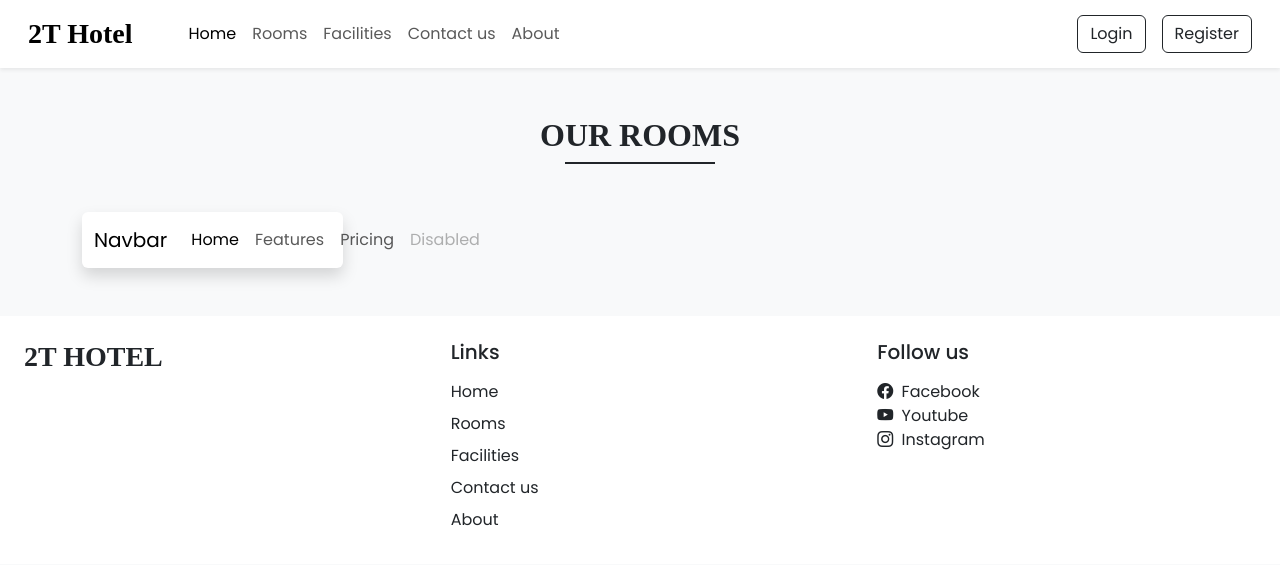
Repository: TaTongThanh2003/DoAnCoSo2024_BookingHotelWebsite
Page: http://localhost/WebsiteBookingHotel/rooms.php
These files come from the project's save history. The page is drawn as it stood at one moment and after the next save; the edit follows.
The browser window is 1280 px wide. The pictures show the whole page.
Some web fonts or font styles are not loaded; a fallback is used. The page is run by PHP 8.4 with error messages shown; the project is at /var/www/html/.

Above is the page before, as saved 2024-03-22 15:41:11.

### WebsiteBookingHotel/rooms.php
<!DOCTYPE html>
<html lang="en">

<head>
    <meta charset="UTF-8">
    <meta http-equiv="X-UA-Compatible" content="IE-edge">
    <meta name="viewport" content="width=device-width, initial-scale=1.0">
    <title>2T Hotel - ROOMS</title>
    <?php require('inc/links.php'); ?>
    <style>
    .pop:hover {
        border-top-color: var(--teal) !important;
        transform: scale(1.03);
        transition: all 0.3s;
    }
    </style>
    <link rel="stylesheet" href="https://cdn.jsdelivr.net/npm/swiper@11/swiper-bundle.min.css" />
    <style>
    @media screen and (max-width: 575px) {
        .availability-form {
            margin: 25px;
            padding: 0 35px;
        }
    }
    </style>
</head>

<body class="bg-light">
    <?php require('inc/header.php'); ?>

    <div class="my-5 px-4">
        <h2 class="fw-bold h-font text-center">OUR ROOMS</h2>
        <div class="h-line bg-dark"></div>
    </div>
    <div class="container">
        <div class="row">
            <div class="col-lg-3">
                <nav class="navbar navbar-expand-lg navbar-light bg-white rounded shadow ">
                    <div class="container-fluid">
                        <a class="navbar-brand" href="#">Navbar</a>
                        <button class="navbar-toggler" type="button" data-bs-toggle="collapse"
                            data-bs-target="#navbarNav" aria-controls="navbarNav" aria-expanded="false"
                            aria-label="Toggle navigation">
                            <span class="navbar-toggler-icon"></span>
                        </button>
                        <div class="collapse navbar-collapse" id="navbarNav">
                            <ul class="navbar-nav">
                                <li class="nav-item">
                                    <a class="nav-link active" aria-current="page" href="#">Home</a>
                                </li>
                                <li class="nav-item">
                                    <a class="nav-link" href="#">Features</a>
                                </li>
                                <li class="nav-item">
                                    <a class="nav-link" href="#">Pricing</a>
                                </li>
                                <li class="nav-item">
                                    <a class="nav-link disabled" aria-disabled="true">Disabled</a>
                                </li>
                            </ul>
                        </div>
                    </div>
                </nav>
            </div>
        </div>
    </div>

    <!-- footer -->
    <?php require('inc/footer.php'); ?>




    <!-- <script src="https://cdn.jsdelivr.net/npm/swiper@11/swiper-bundle.min.js"></script>
    <script src="https://cdn.jsdelivr.net/npm/bootstrap@5.3.3/dist/js/bootstrap.bundle.min.js"
        integrity="sha384-YvpcrYf0tY3lHB60NNkmXc5s9fDVZLESaAA55NDzOxhy9GkcIdslK1eN7N6jIeHz" crossorigin="anonymous">
    </script> -->
    <!-- <script>
    var swiper = new Swiper(".swiper-container", {
        spaceBetween: 30,
        effect: "fade",
        loop: true,
        autoplay: {
            delay: 3500,
            disableOnInteraction: false,
        }
    });
    var swiper = new Swiper(".swiper-testimonials", {
        effect: "coverflow",
        grabCursor: true,
        centeredSlides: true,
        slidesPerView: "auto",
        slidesPerView: "3",
        loop: true,
        coverflowEffect: {
            rotate: 50,
            stretch: 0,
            depth: 100,
            modifier: 1,
            slideShadows: false,
        },
        pagination: {
            el: ".swiper-pagination",
        },
        breakpoints: {
            320: {
                slidesPerView: 1,
            },
            640: {
                slidesPerView: 1,
            },
            768: {
                slidesPerView: 2,
            },
            1024: {
                slidesPerView: 3,
            },
        }
    });
    </script> -->
</body>

</html>

### WebsiteBookingHotel/inc/links.php
<link href="https://cdn.jsdelivr.net/npm/bootstrap@5.3.3/dist/css/bootstrap.min.css" rel="stylesheet"
    integrity="sha384-QWTKZyjpPEjISv5WaRU9OFeRpok6YctnYmDr5pNlyT2bRjXh0JMhjY6hW+ALEwIH" crossorigin="anonymous">
<link href="https://fonts.googleapis.com/css2?family=Merienda:wght@400;700&family=Poppins:wght@400;500;600&display=swap"
    rel="stylesheet">
<link rel="stylesheet" href="https://cdn.jsdelivr.net/npm/bootstrap-icons@1.11.3/font/bootstrap-icons.min.css">
<link rel="stylesheet" href="css/common.css">

### WebsiteBookingHotel/inc/header.php
<nav class="navbar navbar-expand-lg navbar-light bg-white px-lg-3 py-lg-2 shadow-sm sticky-top">
    <div class="container-fluid">
        <a class="navbar-brand me-5 fw-bold fs-3 h-font" href="index.php">2T Hotel</a>
        <button class="navbar-toggler shadow-none" type="button" data-bs-toggle="collapse"
            data-bs-target="#navbarSupportedContent" aria-controls="navbarSupportedContent" aria-expanded="false"
            aria-label="Toggle navigation">
            <span class="navbar-toggler-icon"></span>
        </button>
        <div class="collapse navbar-collapse" id="navbarSupportedContent">
            <ul class="navbar-nav me-auto mb-2 mb-lg-0">
                <li class="nav-item">
                    <a class="nav-link active" aria-current="page" href="index.php">Home</a>
                </li>
                <li class="nav-item">
                    <a class="nav-link" href="rooms.php">Rooms</a>
                </li>
                <li class="nav-item">
                    <a class="nav-link" href="facilities.php">Facilities</a>
                </li>
                <li class="nav-item">
                    <a class="nav-link" href="contact.php">Contact us</a>
                </li>
                <li class="nav-item">
                    <a class="nav-link" href="about.php">About</a>
                </li>
            </ul>
            <div class="d-flex">
                <button type="button" class="btn btn-outline-dark shadow-none me-lg-3 me-2" data-bs-toggle="modal"
                    data-bs-target="#loginModal">
                    Login
                </button>
                <button type="button" class="btn btn-outline-dark shadow-none " data-bs-toggle="modal"
                    data-bs-target="#registerModal">
                    Register
                </button>
            </div>
        </div>
    </div>
</nav>

<!-- login -->
<div class="modal fade" id="loginModal" data-bs-backdrop="static" data-bs-keyboard="false" tabindex="-1"
    aria-labelledby="staticBackdropLabel" aria-hidden="true">
    <div class="modal-dialog">
        <div class="modal-content">
            <form>
                <div class="modal-header">
                    <h5 class="modal-title d-flex align-item-center">
                        <i class="bi bi-person-circle fs-5 me-2"></i> User login
                    </h5>
                    <button type="reset" class="btn-close shadow-none" data-bs-dismiss="modal"
                        aria-label="Close"></button>
                </div>
                <div class="modal-body">
                    <div class="mb-3">
                        <label class="form-label">Email address</label>
                        <input type="email" class="form-control shadow-none">
                    </div>
                    <div class="mb-4">
                        <label class="form-label">Password</label>
                        <input type="password" class="form-control shadow-none">
                    </div>
                    <div class="d-flex align-items-center justify-content-between mb-2">
                        <button type="submit" class="btn btn-dark shadow-none">LOGIN</button>
                        <a href="javascript: void(0)" class="text-secondary text-decoration-none">Forgot
                            Password?</a>
                    </div>
                </div>
            </form>
        </div>
    </div>
</div>

<!-- Register -->
<div class="modal fade" id="registerModal" data-bs-backdrop="static" data-bs-keyboard="false" tabindex="-1"
    aria-labelledby="staticBackdropLabel" aria-hidden="true">
    <div class="modal-dialog modal-lg">
        <div class="modal-content">
            <form>
                <div class="modal-header">
                    <h5 class="modal-title d-flex align-item-center">
                        <i class="bi bi-person-lines-fill fs-5 me-2"></i>
                        User Registration
                    </h5>
                    <button type="reset" class="btn-close shadow-none" data-bs-dismiss="modal"
                        aria-label="Close"></button>
                </div>
                <div class="modal-body">
                    <span class="badge rounded-pill bg-light text-dark mb-3 text-wrap lh-base">
                        Note: Your details must match with your ID (Aadhar card, passport, driving license, etc.)
                        that will be required dring check-in.
                    </span>
                    <div class="container-fluid">
                        <div class="row">
                            <!-- Name -->
                            <div class="col-md-6 ps-0 mb-3">
                                <label class="form-label">Name</label>
                                <input type="text" class="form-control shadow-none">
                            </div>
                            <!-- Email -->
                            <div class="col-md-6 p-0 mb-3">
                                <label class="form-label">Email</label>
                                <input type="email" class="form-control shadow-none">
                            </div>
                            <!-- Phone Number -->
                            <div class="col-md-6 ps-0 mb-3">
                                <label class="form-label">Phone Number</label>
                                <input type="number" class="form-control shadow-none">
                            </div>
                            <!-- Picture -->
                            <div class="col-md-6 p-0 mb-3">
                                <label class="form-label">Picture</label>
                                <input type="file" class="form-control shadow-none">
                            </div>
                            <!-- Address -->
                            <div class="col-md-12 p-0 mb-3">
                                <label class="form-label">Address</label>
                                <textarea class="form-control shadow-none" rows="1"></textarea>
                            </div>
                            <!-- Pincode -->
                            <div class="col-md-6 ps-0 mb-3">
                                <label class="form-label">Pincode</label>
                                <input type="number" class="form-control shadow-none">
                            </div>
                            <!-- Date of birth -->
                            <div class="col-md-6 p-0 mb-3">
                                <label class="form-label">Date of birth</label>
                                <input type="date" class="form-control shadow-none">
                            </div>
                            <!-- Password -->
                            <div class="col-md-6 ps-0 mb-3">
                                <label class="form-label">Password</label>
                                <input type="password" class="form-control shadow-none">
                            </div>
                            <!-- Comfirm Password -->
                            <div class="col-md-6 p-0 mb-3">
                                <label class="form-label">Comfirm Password</label>
                                <input type="password" class="form-control shadow-none">
                            </div>
                        </div>
                    </div>
                    <div class="text-center my-1">
                        <button type="submit" class="btn btn-dark shadow-none">REGISTER</button>
                    </div>
                </div>
            </form>
        </div>
    </div>
</div>

### WebsiteBookingHotel/inc/footer.php
<div class="container-fluid bg-white mt-5">
    <div class="row">
        <div class="col-lg-4 p-4">
            <h3 class="h-font fw-bold fs-3">2T HOTEL</h3>
            <p>

            </p>
        </div>
        <div class="col-lg-4 p-4">
            <h5 class="mb-3">Links</h5>
            <a href="#" class="d-inline-block mb-2 text-dark text-decoration-none">Home</a><br>
            <a href="#" class="d-inline-block mb-2 text-dark text-decoration-none">Rooms</a><br>
            <a href="#" class="d-inline-block mb-2 text-dark text-decoration-none">Facilities</a><br>
            <a href="#" class="d-inline-block mb-2 text-dark text-decoration-none">Contact us</a><br>
            <a href="#" class="d-inline-block mb-2 text-dark text-decoration-none">About</a>
        </div>
        <div class="col-lg-4 p-4">
            <h5 class="mb-3">Follow us</h5>
            <a href="#" class="d-inline-block text-dark text-decoration-none md-2">
                <i class="bi bi-facebook me-1"></i> Facebook
            </a><br>
            <a href="#" class="d-inline-block text-dark text-decoration-none md-2">
                <i class="bi bi-youtube me-1"></i> Youtube
            </a><br>
            <a href="#" class="d-inline-block text-dark text-decoration-none ">
                <i class="bi bi-instagram me-1"></i> Instagram
            </a><br>
        </div>
    </div>
</div>

### WebsiteBookingHotel/css/common.css
:root{
    --teal: #2ec1ac;
    --teal_hover: #279e8c;
}

* {
    font-family: 'Poppins', sans-serif;
}

.h-font {
    font-family: 'Merienda', cursive;
}

input::-webkit-outer-spin-button,
input::-webkit-inner-spin-button {
    -webkit-appearance: none;
    margin: 0;
}

/* input[type=number] {
    -moz-appearance: textfield;
} */

.custom-bg {
    background-color: var(--teal);
    border: 1px solid var(--teal);
}

.custom-bg:hover {
    background-color: var(--teal_hover);
    border-color: var(--teal_hover);
}

.availability-form {
    margin-top: -50px;
    z-index: 2;
    position: relative;
}
.h-line{
    width: 150px ;
    margin: 0 auto;
    height: 1.7px;
}

After the next save:
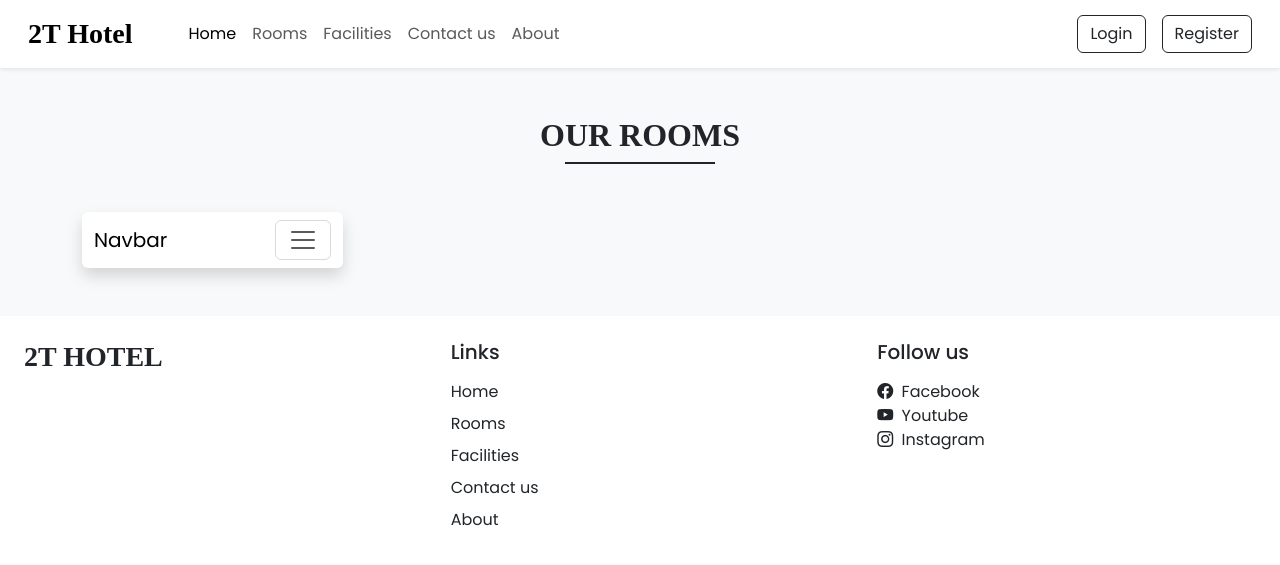
Saved 43 s later.
--- a/WebsiteBookingHotel/rooms.php
+++ b/WebsiteBookingHotel/rooms.php
@@ -35,7 +35,7 @@
     <div class="container">
         <div class="row">
             <div class="col-lg-3">
-                <nav class="navbar navbar-expand-lg navbar-light bg-white rounded shadow ">
+                <nav class="navbar navbar-light bg-white rounded shadow ">
                     <div class="container-fluid">
                         <a class="navbar-brand" href="#">Navbar</a>
                         <button class="navbar-toggler" type="button" data-bs-toggle="collapse"
